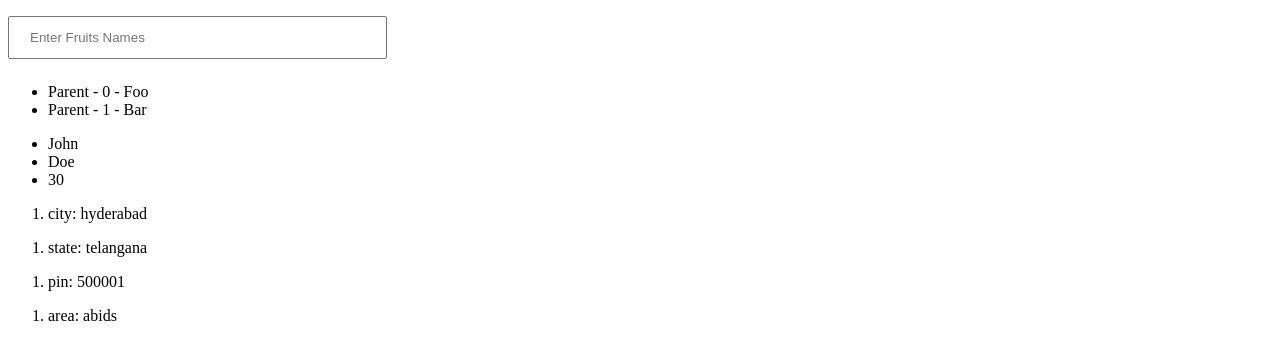
Repository: MeghaNagari/PracticeAtVMC
Page: Practice/VuePractice/WebContent/ListRendering.html
The author's editor kept a copy of each file at every save. The page is drawn from the files as they stood at one save, then again after the next save.
The browser window is 1280 px wide. The pictures show the whole page.
Some web libraries are served in a nearby version.

Above is the page before, as saved 2018-03-20 05:03:45.

### Practice/VuePractice/WebContent/ListRendering.html
<!DOCTYPE html>
<html>
<head>
<meta charset="UTF-8">
<title>Insert title here</title>
</head>

<script src="https://cdn.jsdelivr.net/npm/vue@2.5.16/dist/vue.js"></script>

<body>


<div id = "test1">
         <input type = "text" v-on:keyup.enter = "showinputvalue"
            v-bind:style = "styleobj" placeholder = "Enter Fruits Names"/>
         <h1 v-if = "items.length>0">Display Fruits Name</h1>
         <ul>
            <li v-for = "a in items">{{a}}</li>
         </ul>
      </div>


      <div id="test2">


      <ul id="example-2">
  <li v-for="(item, index) in items">
    {{ parentMessage }} - {{ index }} - {{ item.message }}
  </li>
</ul>




      </div>

      <div id="test3">


      <ul class="demo">
  <li v-for="value in object">
    {{ value }}
  </li>
</ul>


      </div>

      <div id="test4">

      <div v-for="(value, key) in address">
      <ol>
  <li>{{ key }}: {{ value }}</li></ol>
</div>

      </div>

</body>
<script>



var vm = new Vue({
    el: '#test1',
    data: {
       items:[],
       styleobj: {
          width: "30%",
          padding: "12px 20px",
          margin: "8px 0",
          boxSizing: "border-box"
       }
    },
    methods : {
       showinputvalue : function(event) {
          this.items.push(event.target.value);
       }
    },
 });




</script>



<script>


var example2 = new Vue({
	  el: '#test2',
	  data: {
	    parentMessage: 'Parent',
	    items: [
	      { message: 'Foo' },
	      { message: 'Bar' }
	    ]
	  }
	})




</script>

<script>

new Vue({
	  el: '#test3',
	  data: {
	    object: {
	      firstName: 'John',
	      lastName: 'Doe',
	      age: 30
	    }
	  }
	})



</script>
<script>

new Vue({

	el:"#test4",
	data:{

		address:{
			city:"hyderabad",
			state:"telangana",
			pin:"500001",
			area:"abids"


		}

	}

})




</script>

</html>

After the next save:
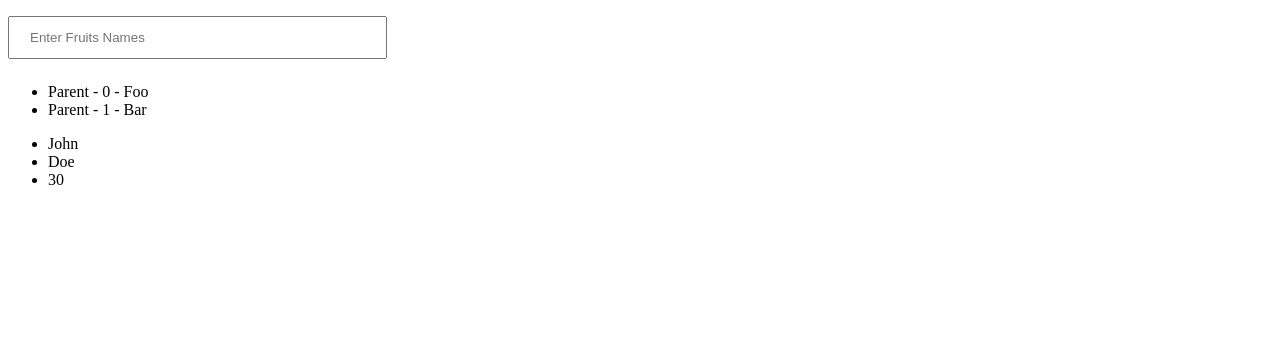
Saved 4 min 18 s later.
--- a/Practice/VuePractice/WebContent/ListRendering.html
+++ b/Practice/VuePractice/WebContent/ListRendering.html
@@ -48,9 +48,9 @@
 
       <div id="test4">
 
-      <div v-for="(value, key) in address">
+      <div v-for="(value, key) in address" :key:value.id>
       <ol>
-  <li>{{ key }}: {{ value }}</li></ol>
+  <li>{{ value.id }}: {{ value }}</li></ol>
 </div>
 
       </div>
